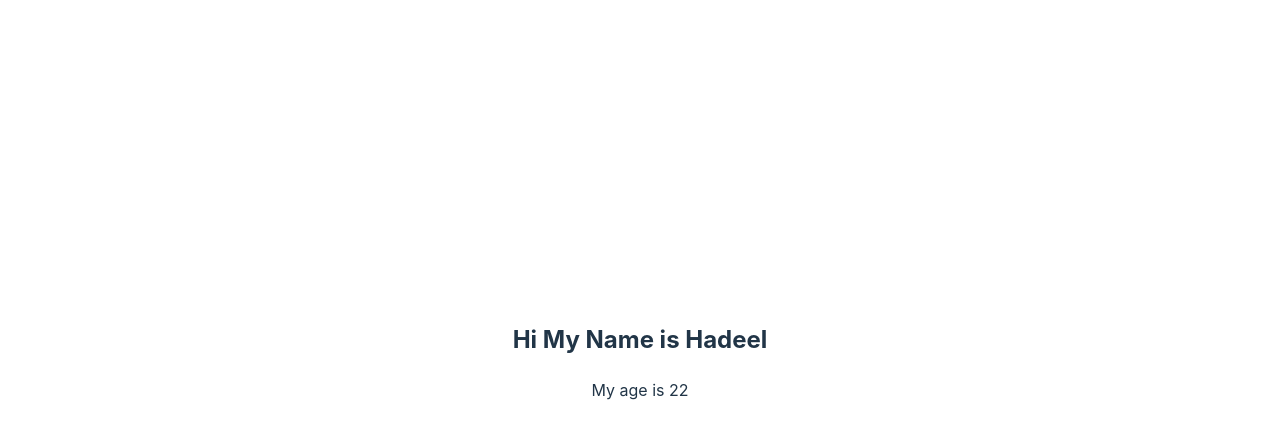
Repository: HadelAbdellatif/React_App5
Page: /
These files come from the project's save history. The page is drawn as it stood at one moment and after a run of saves; the edit follows.
The browser window is 1280 px wide. The pictures show the whole page.
The project was rebuilt for these pictures with package versions that can differ from the ones it lists, and the page was loaded fresh each time. Also part of the build but not shown: vite.config.js.

Above is the page before, as saved 2023-11-03 15:00:04.

After the next 4 saves:
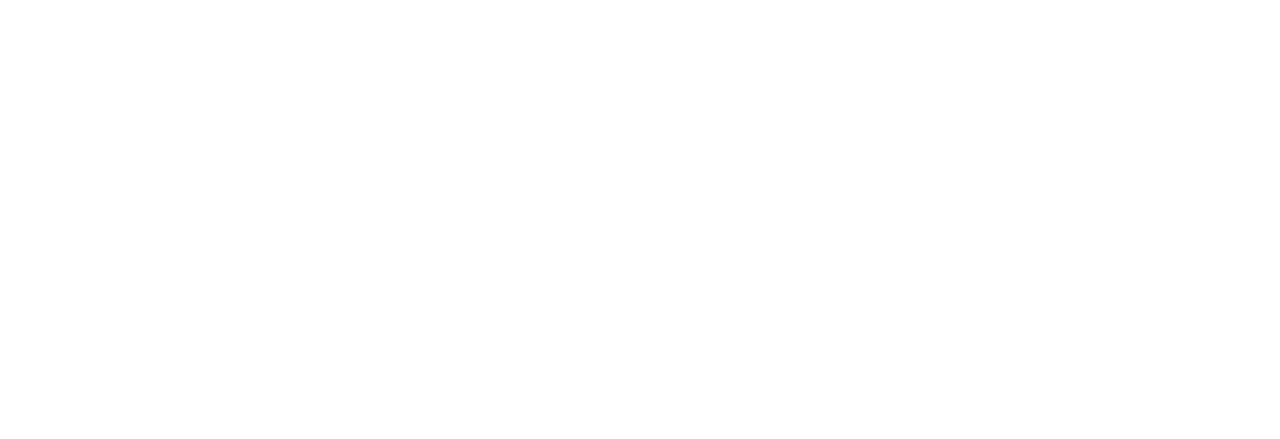
Console error: ReferenceError: use is not defined
The 4 saves are shown as one change because 1 did not build or start and some came seconds apart.
The last was saved 14 s later.
--- a/src/component/product/Product.jsx
+++ b/src/component/product/Product.jsx
@@ -3,6 +3,7 @@
 export default function Product() {
 
 
+  const [age, setAge] = use
 
   return (
     <>

After the 4 saves that followed:
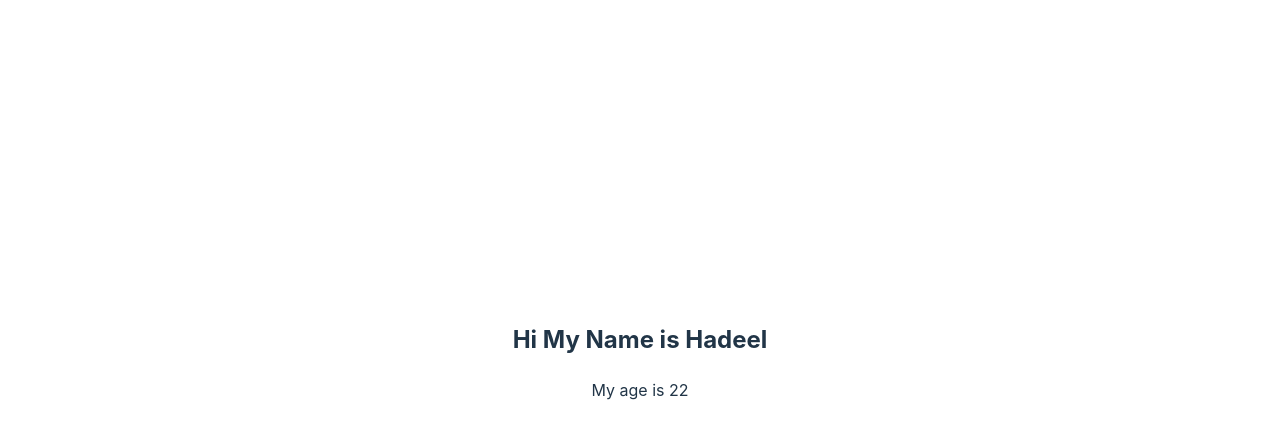
The error is gone.
The 4 saves are shown as one change because 1 left the picture as it was and some came seconds apart.
The last was saved 17 s later.
--- a/src/component/product/Product.jsx
+++ b/src/component/product/Product.jsx
@@ -1,9 +1,10 @@
-import React from 'react'
+import React, { useState } from 'react'
 
 export default function Product() {
 
 
-  const [age, setAge] = use
+  const [age, setAge] = useState(20);
+
 
   return (
     <>
